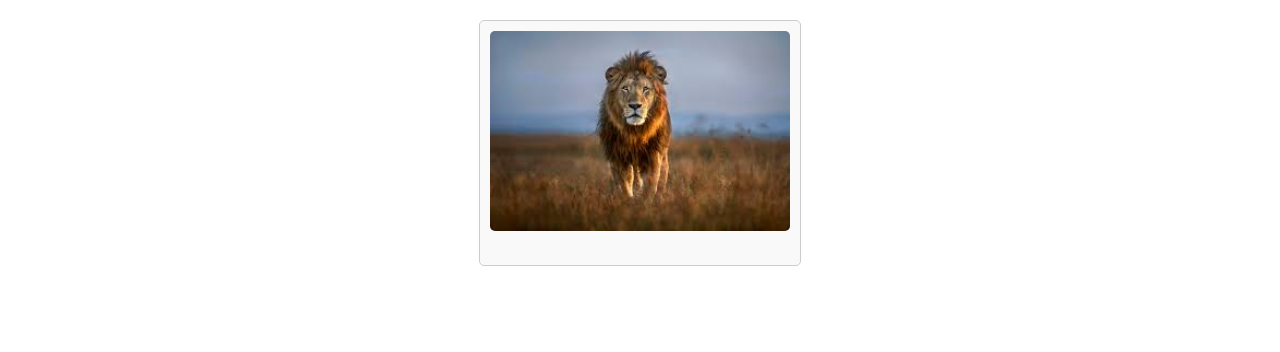
Repository: KingBoyMaylow/Animal-trading-card
Page: index.html
The author's editor kept a copy of each file at every save. The page is drawn from the files as they stood at one save, then again after the next save.
The browser window is 1280 px wide. The pictures show the whole page.

Above is the page before, as saved 2024-05-13 21:41:36.

After the next save:
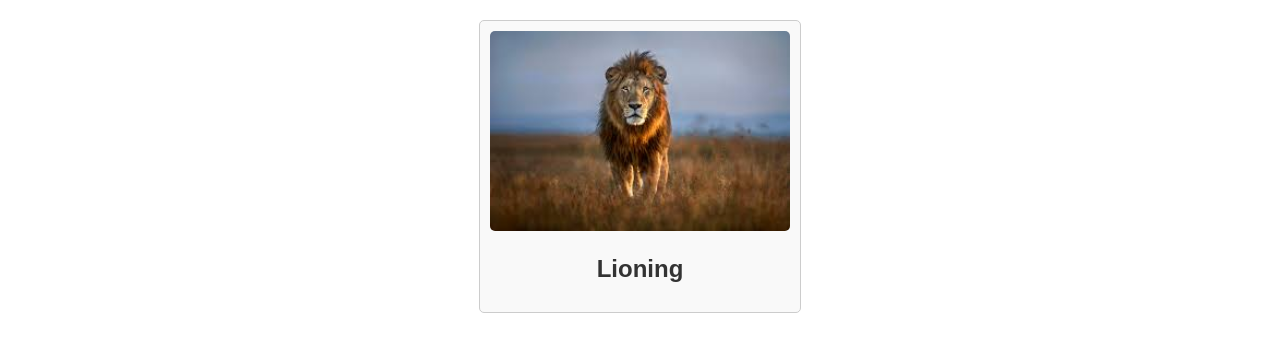
Saved 5 s later.
--- a/index.html
+++ b/index.html
@@ -34,7 +34,7 @@
 <body>
     <div class="card">
         <img src="lion.jpeg" alt="Lion">
-        <h2><Lioning</h2>
+        <h2>Lioning</h2>
     </div>
 </body>
 </html>
